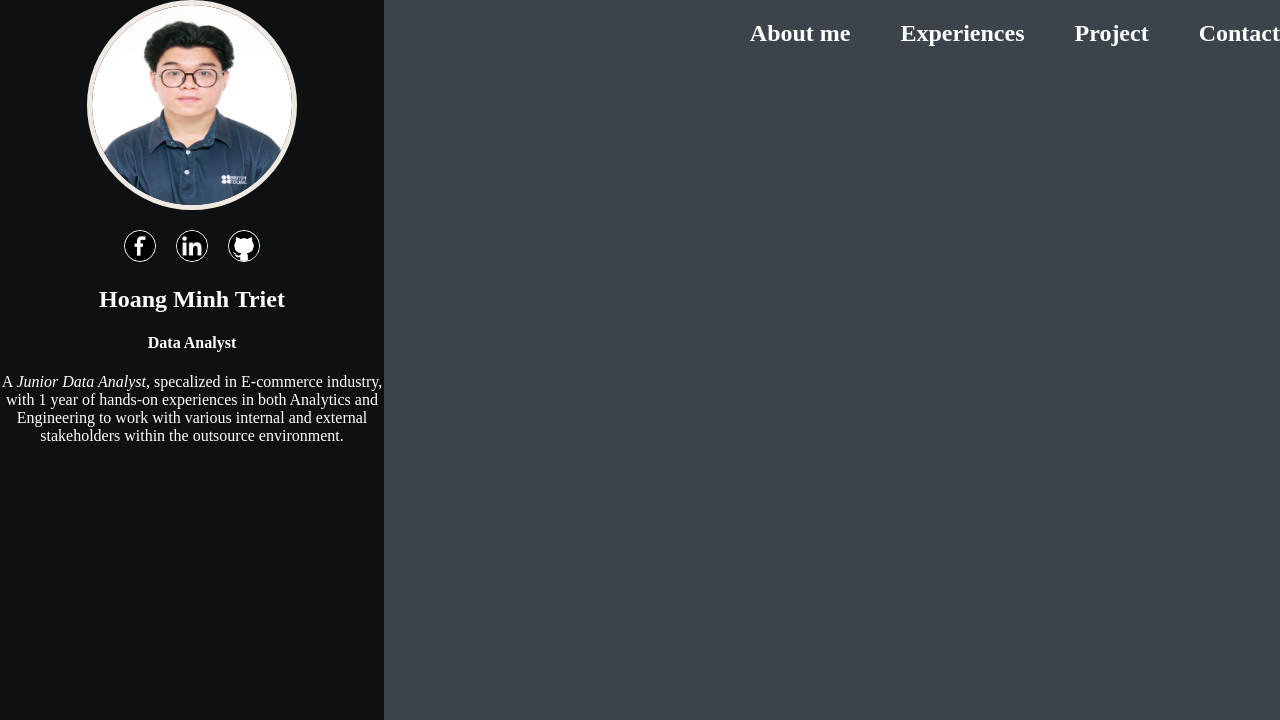
Repository: MinnTrit/personal_website
Page: http://localhost/
The author's editor kept a copy of each file at every save. The page is drawn from the files as they stood at one save, then again after the next save.
The browser window is 1280 px wide. The pictures show the whole page.
The pointer rests on the first visible `.picture`.
The page is served by the project's application, run on Flask 3 (app.py).

Above is the page before, as saved 2025-01-29 00:07:01.

After the next save:
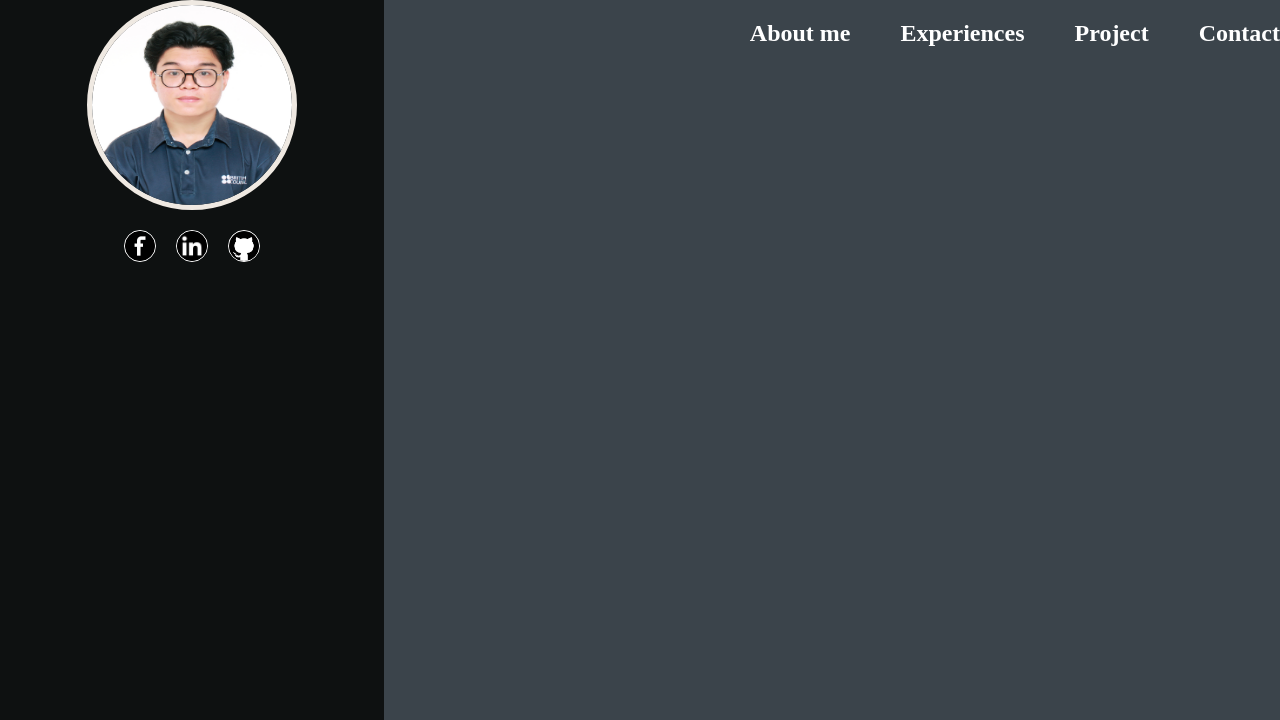
Saved 33 s later.
--- a/static/css/styles.css
+++ b/static/css/styles.css
@@ -26,11 +26,6 @@
     transform: translateY(100%);
     opacity: 0;
     transition: transform 0.5s ease-in-out, opacity 0.5s ease-in-out;
-}
-
-.picture:hover .pictureText {
-    transform: translateY(0);
-    opacity: 1;
 }
 
 .sections {

After the save that followed:
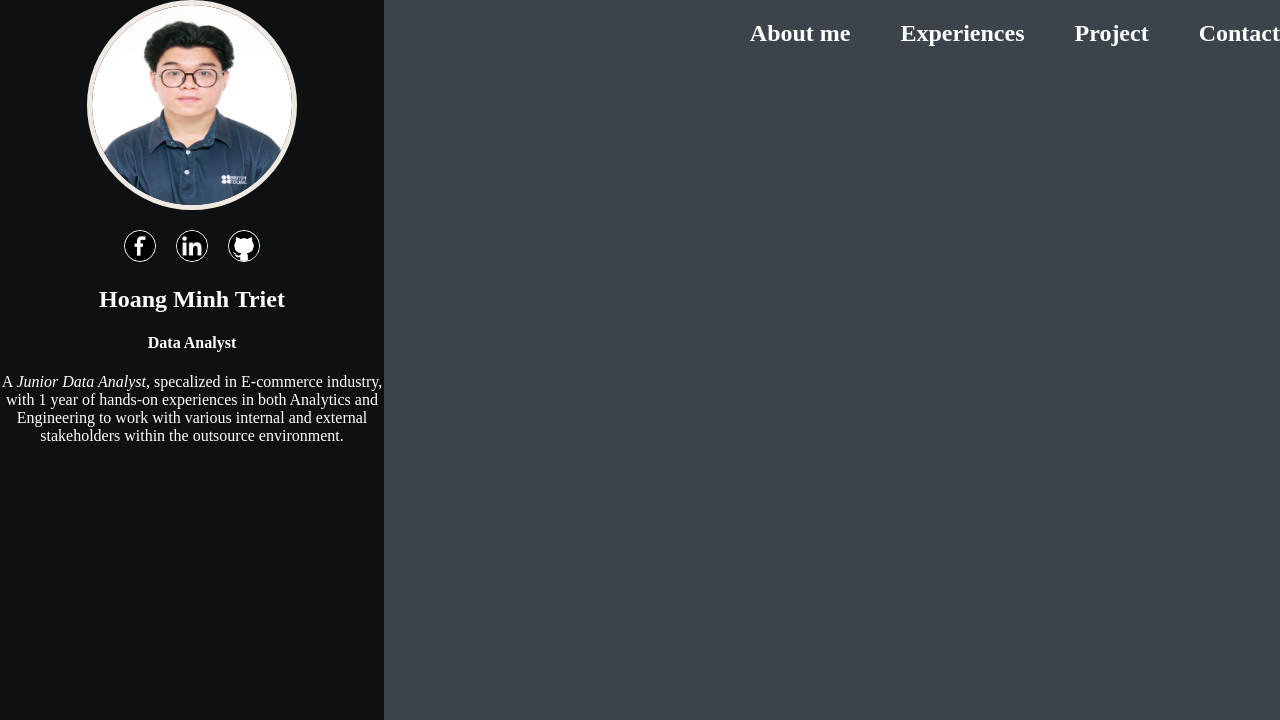
Saved 11 s later.
--- a/static/css/styles.css
+++ b/static/css/styles.css
@@ -26,6 +26,11 @@
     transform: translateY(100%);
     opacity: 0;
     transition: transform 0.5s ease-in-out, opacity 0.5s ease-in-out;
+}
+
+.picture:hover .pictureText {
+    transform: translateY(0);
+    opacity: 1;
 }
 
 .sections {
